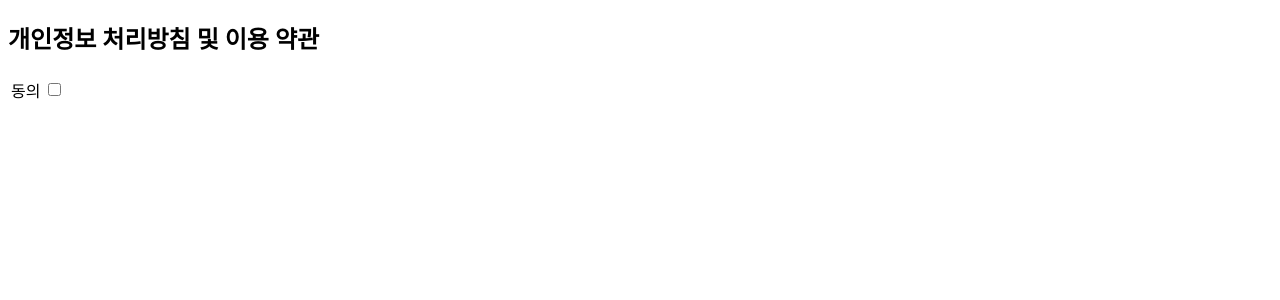
Repository: skdltm12/jsp1
Page: http://localhost/web01/agree.jsp
These files come from the project's save history. The page is drawn as it stood at one moment and after the next save; the edit follows.
The browser window is 1280 px wide. The pictures show the whole page.
The page is served by Tomcat 9.

Above is the page before, as saved 2022-04-26 16:03:19.

### web01/src/main/webapp/agree.jsp
<%@ page language="java" contentType="text/html; charset=UTF-8"
    pageEncoding="UTF-8"%>
<!DOCTYPE html>
<html>
<head>
<meta charset="UTF-8">
<title>Insert title here</title>
</head>
<body>
<h2>개인정보 처리방침 및 이용 약관</h2>
	<table>
		<tbody>
			<tr>
				<td>동의</td>
				<td><input type="checkbox"></td>
			</tr>
		</tbody>
	</table>

</body>
</html>

After the next save:
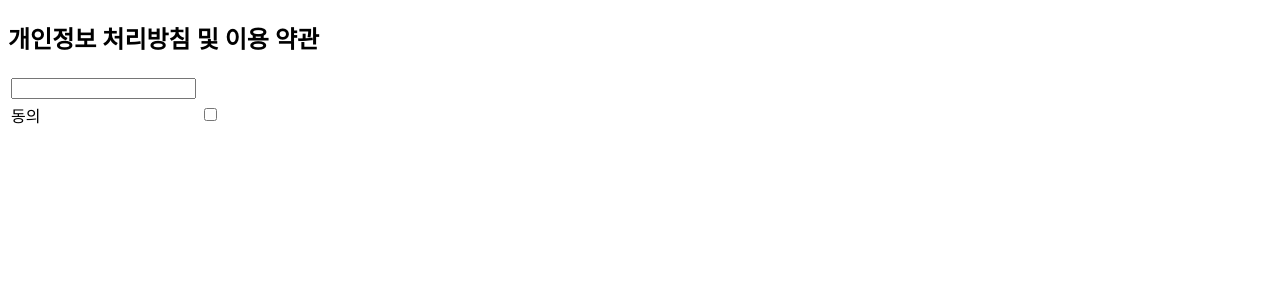
Saved 82 s later.
--- a/web01/src/main/webapp/agree.jsp
+++ b/web01/src/main/webapp/agree.jsp
@@ -11,6 +11,9 @@
 	<table>
 		<tbody>
 			<tr>
+				<td><input type="memo"></td>
+			</tr>
+			<tr>
 				<td>동의</td>
 				<td><input type="checkbox"></td>
 			</tr>
